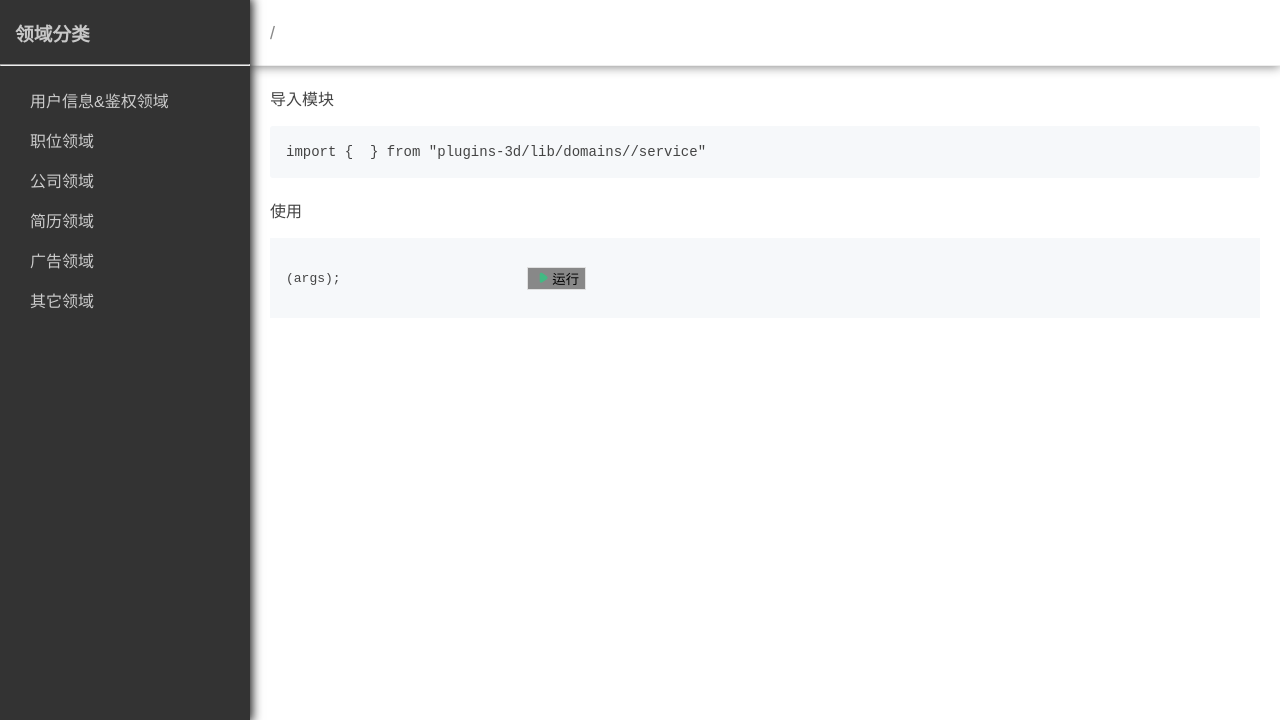
Repository: lsliangshan/inig-3d-doc
Page: /detail
These files come from the project's save history. The page is drawn as it stood at one moment and after the next save; the edit follows.
The browser window is 1280 px wide. The pictures show the whole page.
The first visible `.form_footer .btn_run` is being pressed.
An inner scrolling area shows only its first screen. The project was rebuilt for these pictures with package versions that can differ from the ones it lists, and the page was loaded fresh each time. Also part of the build but not shown: vue.config.js, src/components/HelloWorld.vue, src/views/Home.vue, src/components/User.vue, src/components/Position.vue, src/components/Company.vue, src/components/Resume.vue, src/components/Ads.vue and 1 more. Imported but missing from the stored project, and not drawn on this page: ../plugins-3d/lib/domains/job/service, ../plugins-3d/lib/domains/user/service.

Above is the page before, as saved 2019-08-08 22:14:24.

### public/index.html
<!DOCTYPE html>
<html lang="en">
  <head>
    <meta charset="utf-8">
    <meta http-equiv="X-UA-Compatible" content="IE=edge">
    <meta name="viewport" content="width=device-width,initial-scale=1.0">
    <link rel="icon" href="<%= BASE_URL %>favicon.ico">
    <title>test-3d</title>
  </head>
  <body>
    <noscript>
      <strong>We're sorry but test-3d doesn't work properly without JavaScript enabled. Please enable it to continue.</strong>
    </noscript>
    <div id="app"></div>
    <!-- built files will be auto injected -->
  </body>
</html>

### src/App.vue
<template>
  <div id="app">
    <div class="nav">
      <h3>领域分类</h3>
      <hr>
      <ul>
        <li v-for="(domain, index) in menus"
            :key="index">
          <a href="javascript: void(0)"
             :class="{active: $route.params && (domain.name === $route.params.domain) }"
             @click="toggleMenu(index)">{{domain.label}}</a>
          <div class="sub_items"
               :style="{height: index === openedMenu ? (domain.children.length * 40 + (domain.children.length > 0 ? 20 : 0) + 'px') : 0}">
            <div class="sub_item_inner"
                 :style="{padding: domain.children.length > 0 ? '5px 15px' : '0'}">
              <div class="sub_item"
                   v-for="(item, index) in domain.children"
                   :key="index">
                <a href="javascript: void(0)"
                   :class="{active: $route.params.methods === item.name}"
                   @click="navigateTo(domain.name, item.name, item.params, item.label)">{{item.label}}</a>
              </div>
            </div>
          </div>
        </li>
      </ul>
    </div>
    <div class="content">
      <div class="inner">
        <router-view :params="currentParems" />
      </div>
    </div>
    <all-svgs></all-svgs>
  </div>
</template>
<script>
  export default {
    name: 'App',
    components: {
      AllSvgs: () => import('./Svgs')
    },
    data () {
      return {
        openedMenu: -1,
        activeSubMenu: '',
        currentParems: {},
        menus: [
          {
            label: '用户信息&鉴权领域',
            name: 'user',
            children: [
              {
                label: '登录',
                name: 'login',
                params: {
                  'username': {
                    type: 'String',
                    default: 'ls',
                    label: '用户名'
                  },
                  'password': {
                    type: 'String',
                    default: '123123',
                    label: '密码'
                  }
                }
              },
              {
                label: '注册',
                name: 'register',
                params: {}
              },
              {
                label: '获取用户详情',
                name: 'getUserDetail',
                params: {}
              }
            ]
          },
          {
            label: '职位领域',
            name: 'job',
            children: [
              {
                label: '获取职位详情',
                name: 'requestJobDetail',
                params: {
                  'number': {
                    type: 'String',
                    default: '',
                    label: '职位详情'
                  }
                }
              },
              {
                label: '获取相似职位',
                name: 'requestSimilarJobs',
                params: {
                  'number': {
                    type: 'String',
                    default: '',
                    label: '职位详情'
                  }
                }
              },
              {
                label: '获取在招职位',
                name: 'requestAreaJobs',
                params: {
                  'number': {
                    type: 'String',
                    default: '',
                    label: '职位详情'
                  }
                }
              },
              {
                label: '获取在招职位所在城市',
                name: 'requestAreaJobCity',
                params: {
                  'number': {
                    type: 'String',
                    default: '',
                    label: '职位详情'
                  }
                }
              },
              {
                label: '收藏职位',
                name: 'requestJobCollection',
                params: {
                  'number': {
                    type: 'String',
                    default: '',
                    label: '职位详情'
                  }
                }
              },
              {
                label: '投递职位',
                name: 'requestJobDeliver',
                params: {
                  'number': {
                    type: 'String',
                    default: '',
                    label: '职位详情'
                  }
                }
              },
              {
                label: '获取职位投递状态',
                name: 'requestJobDeliverStatus',
                params: {
                  'number': {
                    type: 'String',
                    default: '',
                    label: '职位详情'
                  }
                }
              },
              {
                label: '获取最佳雇主',
                name: 'requestBestEmployer',
                params: {
                  'number': {
                    type: 'String',
                    default: '',
                    label: '职位详情'
                  }
                }
              },
              {
                label: '获取最佳雇主评论',
                name: 'requestBestEmployerComment',
                params: {
                  'number': {
                    type: 'String',
                    default: '',
                    label: '职位详情'
                  }
                }
              },
              {
                label: '获取职位的小程序二维码',
                name: 'requestJobMpQrcode',
                params: {
                  'number': {
                    type: 'String',
                    default: '',
                    label: '职位详情'
                  }
                }
              }
            ]
          },
          {
            label: '公司领域',
            name: 'company',
            children: [

            ]
          },
          {
            label: '简历领域',
            name: 'resume',
            children: [

            ]
          },
          {
            label: '广告领域',
            name: 'ads',
            children: [

            ]
          },
          {
            label: '其它领域',
            name: 'other',
            children: [

            ]
          }
        ]
      }
    },
    created () {
      this.openedMenu = this.findOpenedMenuIndex()
      this.currentParems = this.findCurrentParams()
    },
    methods: {
      toggleMenu (index) {
        this.openedMenu = (this.openedMenu === index ? -1 : index)
      },
      findCurrentParams () {
        let i = 0
        let menus = this.menus
        let outParams = []
        for (i; i < menus.length; i++) {
          if (menus[i].name != this.$route.params.domain) {
            continue
          } else {
            for (let j = 0; j < menus[i].children.length; j++) {
              if (menus[i].children[j].name !== this.$route.params.methods) {
                continue
              } else {
                outParams = menus[i].children[j].params
                j = menus[i].children.length
              }
            }
          }
        }
        return outParams
      },
      findOpenedMenuIndex () {
        let i = 0
        let outIndex = -1
        let menus = this.menus
        for (i; i < menus.length; i++) {
          if (this.$route.params.domain === menus[i].name) {
            outIndex = i
            i = menus.length
          }
        }
        return outIndex
      },
      navigateTo (domain, methods, params, label) {
        this.currentParems = params
        document.title = label
        this.$router.replace({
          path: '/' + domain + '/' + methods
        })
      }
    }
  }
</script>

<style>
  body,
  html {
    width: 100%;
    height: 100%;
    padding: 0;
    margin: 0;
  }
  #app {
    font-family: "Avenir", Helvetica, Arial, sans-serif;
    -webkit-font-smoothing: antialiased;
    -moz-osx-font-smoothing: grayscale;
    color: #2c3e50;
    width: 100%;
    height: 100%;
    display: flex;
    flex-direction: row;
  }
  .nav {
    width: 250px;
    height: 100%;
    background-color: #333;
    box-shadow: 0 0 10px 2px #111;
    z-index: 2;
  }
  .nav h3 {
    padding: 0 15px;
    box-sizing: border-box;
    color: #c8c8c8;
  }
  .nav ul {
    height: calc(100% - 100px);
    overflow-y: auto;
  }
  .nav ul li {
    list-style: none;
  }
  .nav ul li {
    position: relative;
    /* height: 48px; */
    display: flex;
    flex-direction: column;
  }
  .nav ul li > a {
    line-height: 40px;
    color: #ccc;
    text-decoration: none;
    transition: color 0.1s ease-in-out;
  }
  .nav ul li > a:hover {
    color: #aaa;
  }
  .nav ul li > a.active {
    color: #42b983 !important;
  }
  .nav ul {
    padding-left: 30px;
  }
  .nav .sub_items {
    width: 100%;
    transition: all 0.25s cubic-bezier(0.215, 0.61, 0.355, 1);
    transform-origin: 50% 0;
    overflow: hidden;
  }
  .nav .sub_items .sub_item_inner {
    box-sizing: border-box;
    background-color: #383838;
    border-radius: 5px;
    box-shadow: 0 0 10px #303030 inset;
  }
  .nav .sub_items .sub_item_inner .sub_item > a {
    display: flex;
    font-size: 14px;
    color: #888;
    line-height: 40px;
    text-decoration: none;
    transition: all 0.1s linear;
  }
  .nav .sub_items .sub_item_inner .sub_item > a:hover {
    color: #ccc;
  }
  .nav .sub_items .sub_item_inner .sub_item > a.active {
    color: #42b983 !important;
    font-size: 15px;
  }

  .content {
    flex: 1;
    height: 100%;
    overflow-y: auto;
    /* padding: 15px; */
    box-sizing: border-box;
    display: flex;
    flex-direction: row;
    align-items: flex-start;
  }
  .content .inner {
    width: 100%;
    height: 100%;
  }
</style>

### src/router.js
import Vue from 'vue'
import Router from 'vue-router'
import Home from './views/Home.vue'
import DomainUser from './components/User'
import DomainPosition from './components/Position'
import DomainCompany from './components/Company'
import DomainResume from './components/Resume'
import DomainAds from './components/Ads'
import DomainOther from './components/Other'

import DomainDetail from './components/Detail'

Vue.use(Router)

export default new Router({
  mode: 'history',
  base: process.env.BASE_URL,
  routes: [
    {
      path: '/',
      redirect: '/user'
    },
    {
      path: '/user',
      name: 'DomainUser',
      // route level code-splitting
      // this generates a separate chunk (about.[hash].js) for this route
      // which is lazy-loaded when the route is visited.
      // component: () => import(/* webpackChunkName: "about" */ './components/User.vue')
      component: DomainUser
    },
    {
      path: '/position',
      name: 'DomainPosition',
      component: DomainPosition
    },
    {
      path: '/company',
      name: 'DomainCompany',
      component: DomainCompany
    },
    {
      path: '/resume',
      name: 'DomainResume',
      component: DomainResume
    },
    {
      path: '/ads',
      name: 'DomainAds',
      component: DomainAds
    },
    {
      path: '/other',
      name: 'DomainOther',
      component: DomainOther
    },
    {
      path: '/:domain/:methods',
      name: 'Detail',
      component: DomainDetail
    },
    {
      path: '/detail',
      name: 'Detail2',
      component: DomainDetail
    }
  ]
})

### src/Svgs.vue
<template>
  <svg xmlns="http://www.w3.org/2000/svg"
       xmlnsXlink="http://www.w3.org/1999/xlink"
       style="position: absolute; width: 0; height: 0">
    <defs>

      <symbol viewBox="0 0 1024 1024"
              id="copy">
        <path d="M672 832 224 832c-52.928 0-96-43.072-96-96L128 160c0-52.928 43.072-96 96-96l448 0c52.928 0 96 43.072 96 96l0 576C768 788.928 724.928 832 672 832zM224 128C206.368 128 192 142.368 192 160l0 576c0 17.664 14.368 32 32 32l448 0c17.664 0 32-14.336 32-32L704 160c0-17.632-14.336-32-32-32L224 128zM800 960 320 960c-17.664 0-32-14.304-32-32s14.336-32 32-32l480 0c17.664 0 32-14.336 32-32L832 256c0-17.664 14.304-32 32-32s32 14.336 32 32l0 608C896 916.928 852.928 960 800 960zM544 320 288 320c-17.664 0-32-14.336-32-32s14.336-32 32-32l256 0c17.696 0 32 14.336 32 32S561.696 320 544 320zM608 480 288.032 480c-17.664 0-32-14.336-32-32s14.336-32 32-32L608 416c17.696 0 32 14.336 32 32S625.696 480 608 480zM608 640 288 640c-17.664 0-32-14.304-32-32s14.336-32 32-32l320 0c17.696 0 32 14.304 32 32S625.696 640 608 640z"></path>
      </symbol>

      <symbol viewBox="0 0 1024 1024"
              id="play">
        <path d="M713.896 393.15l-240-158.691c-80.996-54.004-150-17.987-150 80.996v360c0 98.73 65.703 134.707 150 80.703l240-158.711c80.724-60 80.724-150 0-203.984v-0.313z"></path>
      </symbol>
    </defs>
  </svg>
</template>

### src/components/Detail.vue
<template>
  <div class="detail_container">
    <headers></headers>
    <div class="detail_content_container">
      <detail-content :params="params"></detail-content>
    </div>
    <!-- <p v-if="$route.params.domain">领域：{{$route.params.domain}}</p>
    <p v-if="$route.params.methods">方法：{{$route.params.methods}}</p> -->
  </div>
</template>
<style scoped>
  .detail_container {
    width: 100%;
    height: 100%;
  }
  .detail_content_container {
    width: 100%;
    height: calc(100% - 66px);
    box-sizing: border-box;
  }
</style>

<script>
  export default {
    name: 'Detail',
    components: {
      Headers: () => import('./parts/Headers.vue'),
      DetailContent: () => import('./parts/DetailContent.vue')
    },
    props: {
      params: {
        type: Object,
        default () {
          return {}
        }
      }
    },
    data () {
      return {}
    },
    mounted () {

    }
  }
</script>

### src/components/parts/Headers.vue
<template>
  <div class="detail_header">
    <a href="javascript: void(0)">{{$route.params.domain}} / {{$route.params.methods}}</a>
    <!-- <div class="detail_header_right">
      <div class="import_text"
           :class="{show: !miniScreen}"
           title="点击复制">
        import { {{$route.params.methods}} } from "plugins-3d/lib/domains/{{$route.params.domain}}/service"
      </div>
      <svg>
        <use xlink:href="#copy"></use>
      </svg>
    </div> -->
  </div>
</template>
<style scoped>
  .detail_header {
    position: sticky;
    top: 0;
    width: 100%;
    height: 66px;
    background-color: #fff;
    box-shadow: 0 1px 10px #888;
    padding: 0 20px;
    box-sizing: border-box;
    border-bottom: 1px solid #eee;
    display: flex;
    flex-direction: row;
    align-items: center;
    justify-content: space-between;
  }
  .detail_header a {
    max-width: 320px;
    height: 66px;
    font-size: 18px;
    color: #888;
    line-height: 40px;
    text-decoration: none;
    display: inline-flex;
    flex-direction: row;
    align-items: center;
    justify-content: flex-start;
  }
  .detail_header_right {
    height: 66px;
    width: calc(100% - 320px);
    display: inline-flex;
    flex-direction: row;
    align-items: center;
    justify-content: flex-end;
  }
  .import_text {
    max-width: 80%;
    margin-right: 15px;
    color: #888;
    text-align: right;
    transition: all 0.03s ease-in-out;
    opacity: 0;
  }
  .import_text.show {
    opacity: 1;
  }
  .detail_header_right svg {
    width: 24px;
    height: 24px;
    fill: #888;
    transition: all 0.2s linear;
    cursor: pointer;
  }
  .detail_header_right svg:hover {
    fill: #333;
  }
</style>

<script>
  export default {
    name: 'DetailHeader',
    props: {},
    data () {
      return {
        miniScreen: true
      }
    },
    mounted () {
      window.addEventListener('resize', this.resetMiniScreen, false)
    },
    methods: {
      resetMiniScreen () {
        this.miniScreen = (document.documentElement.offsetWidth < 1200)
      }
    }
  }
</script>

### src/components/parts/DetailContent.vue
<template>
  <div class="detail_container">
    <div class="highlight">
      <p>导入模块</p>
      <div class="highlight_code">
        <pre>import { {{$route.params.methods}} } from "plugins-3d/lib/domains/{{$route.params.domain}}/service"</pre>
        <svg>
          <use xlink:href="#copy"></use>
        </svg>
      </div>
    </div>
    <div class="highlight">
      <p>使用</p>
      <!-- <pre>{{JSON.stringify(params, null, 2)}}</pre> -->
      <div class="form_container">
        <form class="methods_form"
              action="javascript:void(0)">
          <div class="form_item"
               v-for="(value, key) in params"
               :key="key">
            <label :for="key">{{value.label}}
              <!-- <pre style="display: inline;">&#9;</pre> -->
            </label>
            <input type="text"
                   class="custom_input"
                   :id="key"
                   :value="value.default"
                   :placeholder="'请输入' + value.label"
                   :name="key" />
          </div>
          <div class="form_footer">
            <code>{{$route.params.methods}}(args);</code>
            <button class="btn_run">
              <svg>
                <use xlink:href="#play"></use>
              </svg>
              运行
            </button>
          </div>
        </form>
      </div>
    </div>
    <div class="detail_content"
         style="height: 2000px;"></div>
  </div>
</template>
<style scoped>
  .detail_container {
    width: 100%;
    height: 100%;
    color: #444;
    overflow: auto;
  }
  .import_text {
    position: sticky;
    left: 0;
    top: 0;
    width: 100%;
    height: 48px;
    padding: 0 20px;
    box-sizing: border-box;
    display: flex;
    flex-direction: row;
    align-items: center;
    justify-content: flex-start;
    background-color: #ffffff;
  }
  .highlight {
    padding: 0 20px;
    margin-top: 20px;
    box-sizing: border-box;
  }
  .highlight_code {
    position: relative;
  }
  .highlight_code pre {
    background-color: #f6f8fa;
    border-radius: 3px;
    font-size: 14px;
    line-height: 1.45;
    overflow: auto;
    padding: 16px;
  }
  .highlight_code svg {
    fill: #444;
    position: absolute;
    top: 5px;
    right: 5px;
    width: 20px;
    height: 20px;
    display: flex;
    flex-direction: row;
    align-items: center;
    justify-content: center;
    cursor: pointer;
    opacity: 0;
    transition: all 0.2s ease-in-out;
  }
  .highlight_code:hover svg {
    opacity: 1;
  }

  .form_container {
    width: 100%;
    padding: 16px;
    box-sizing: border-box;
    background-color: #f6f8fa;
  }
  .methods_form {
    width: 300px;
    display: flex;
    flex-direction: column;
  }
  .methods_form .form_item {
    width: 100%;
    margin: 10px 0;
    display: flex;
    flex-direction: row;
    align-items: center;
    justify-content: space-between;
  }
  .custom_input {
    display: inline-block;
    width: 200px;
    height: 32px;
    line-height: 1.5;
    padding: 4px 7px;
    box-sizing: border-box;
    font-size: 14px;
    border: 1px solid #dcdee2;
    border-radius: 4px;
    color: #515a6e;
    background-color: #fff;
    background-image: none;
    position: relative;
    cursor: text;
    transition: border 0.2s ease-in-out, background 0.2s ease-in-out,
      box-shadow 0.2s ease-in-out;
  }
  .form_footer {
    width: 300px;
    height: 48px;
    display: flex;
    flex-direction: row;
    align-items: center;
    justify-content: space-between;
  }
  .form_footer .btn_run {
    border: 1px solid #e0e0e0;
    background-color: #fff;
    transition: all 0.2s ease-in-out;
    cursor: pointer;
    display: flex;
    flex-direction: row;
    align-items: center;
    justify-content: space-between;
  }
  .form_footer .btn_run:focus {
    outline: none;
  }
  .form_footer .btn_run:active {
    background-color: #888;
  }
  .form_footer .btn_run svg {
    fill: #42b983;
    width: 18px;
    height: 18px;
  }
</style>

<script>
  export default {
    name: 'DetailContent',
    props: {
      params: {
        type: Object,
        default () {
          return {}
        }
      }
    },
    data () {
      return {}
    }
  }
</script>

Loaded but not shown: src/main.js (common file); src/store.js (common file)

After the next save:
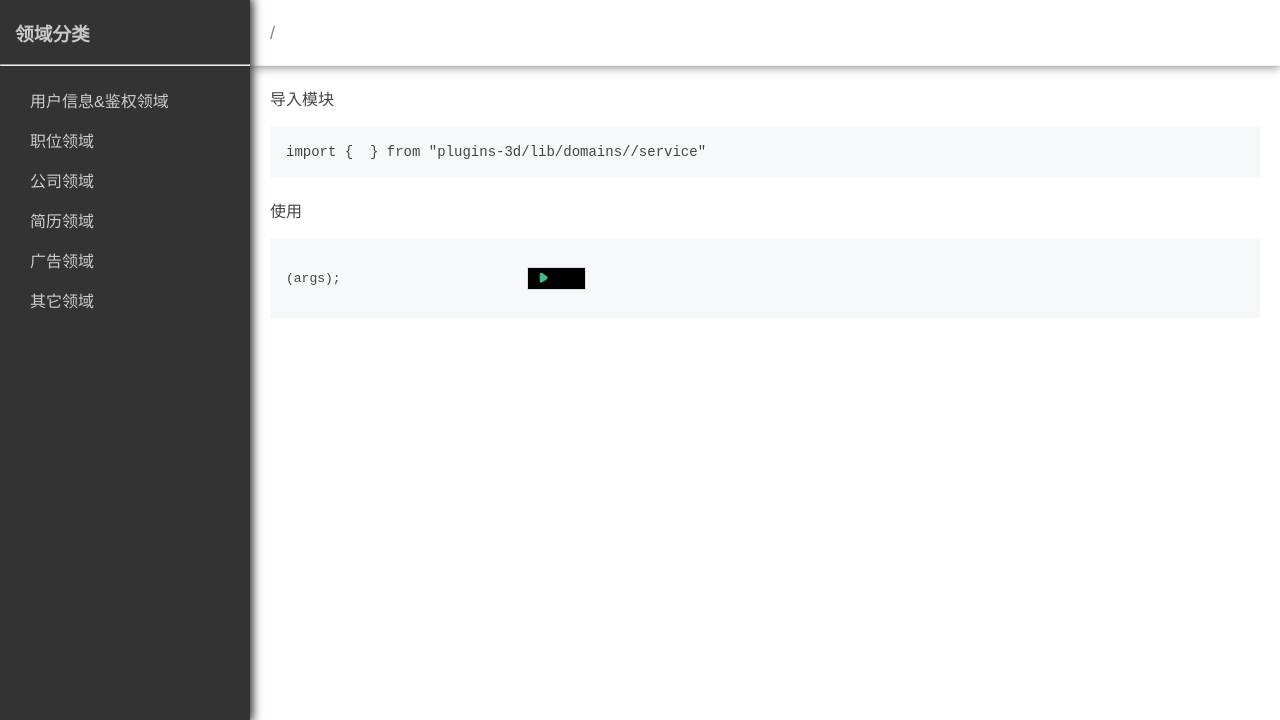
Saved 21 s later.
--- a/src/components/parts/DetailContent.vue
+++ b/src/components/parts/DetailContent.vue
@@ -159,7 +159,7 @@
     outline: none;
   }
   .form_footer .btn_run:active {
-    background-color: #888;
+    background-color: #000;
   }
   .form_footer .btn_run svg {
     fill: #42b983;

After the save that followed:
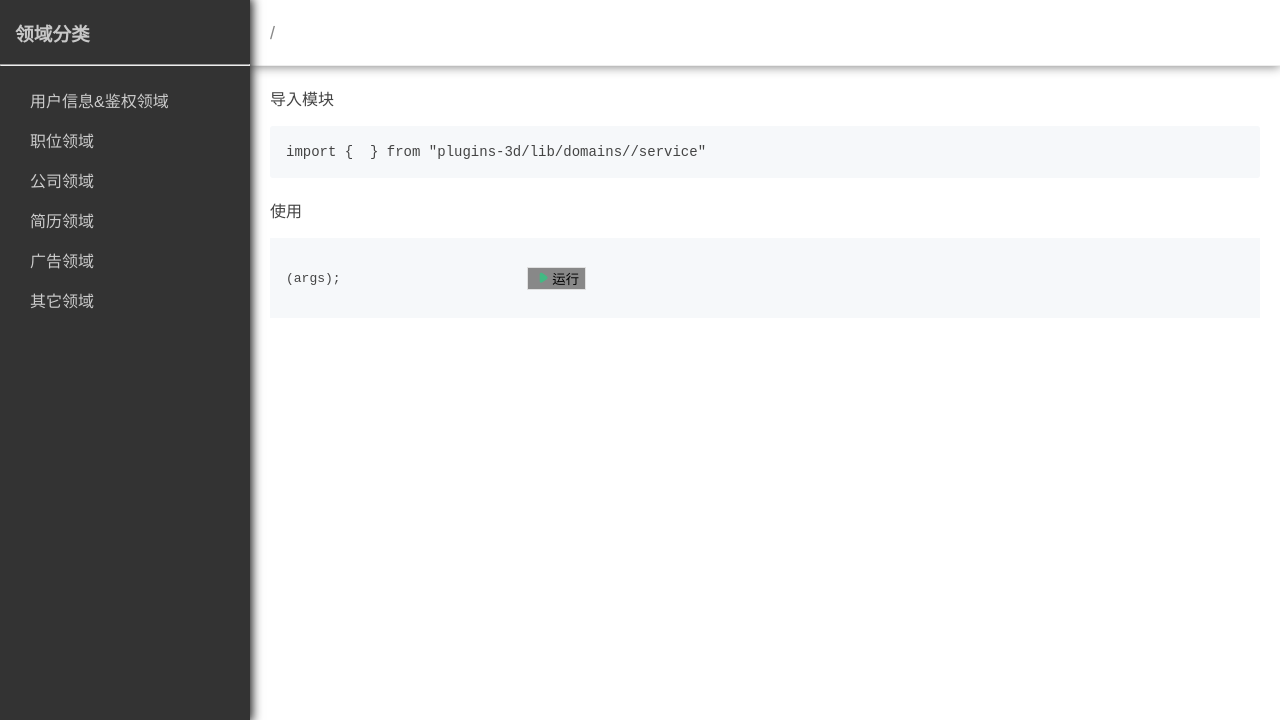
Saved 4 s later.
--- a/src/components/parts/DetailContent.vue
+++ b/src/components/parts/DetailContent.vue
@@ -159,7 +159,7 @@
     outline: none;
   }
   .form_footer .btn_run:active {
-    background-color: #000;
+    background-color: #888;
   }
   .form_footer .btn_run svg {
     fill: #42b983;
